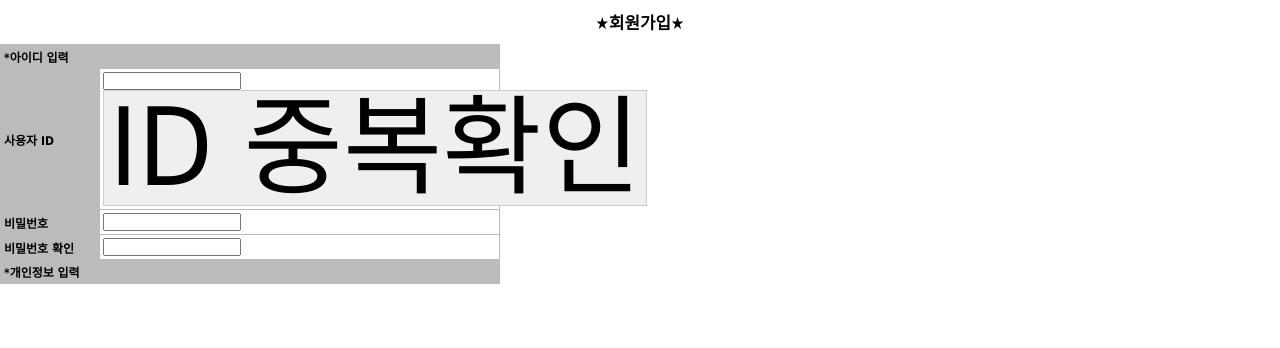
Repository: eParkjongtaek/lovedisket
Page: http://localhost/KH18_1/0904/inputForm.jsp
An editor plug-in stored every save of this project. The page is shown before and after the next save, followed by the edit.
The browser window is 1280 px wide. The pictures show the whole page.
The page is served by Tomcat 9.

Above is the page before, as saved 2017-09-04 04:21:18.

After the next save:
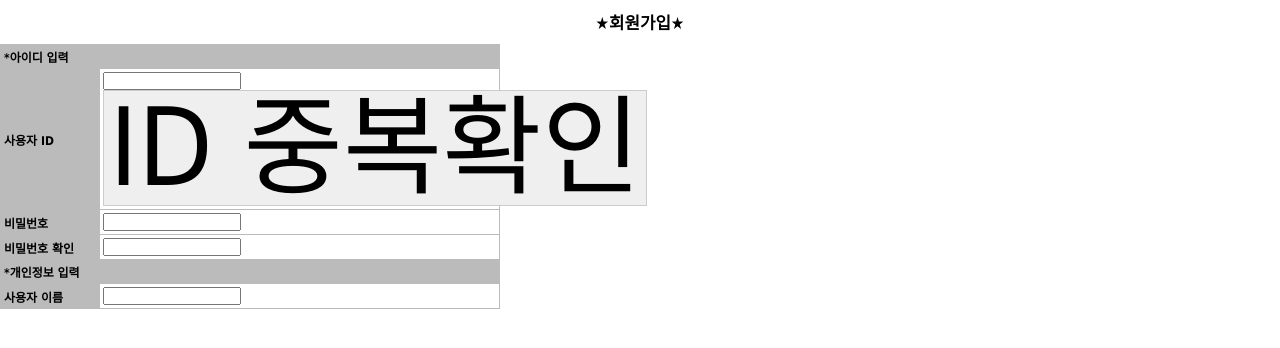
Saved 30 s later.
--- a/source/KH18_1/WebContent/0904/inputForm.jsp
+++ b/source/KH18_1/WebContent/0904/inputForm.jsp
@@ -86,6 +86,10 @@ function checkIt()
 				<tr>
 					<th colspan="2" class="subTitle">*개인정보 입력</th>
 				</tr>
+				<tr>
+					<th>사용자 이름</th>
+					<td><input type="text" name="name" maxlength="10" />
+				</tr>
 
 			</table>
 
